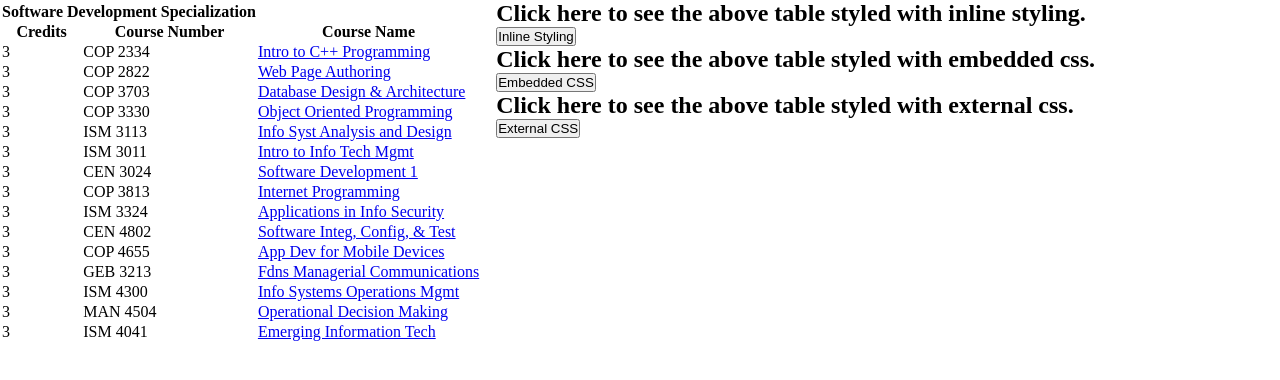
Repository: mlmEFSC21/P5-DegreeTableStyling
Page: index.html
An editor plug-in stored every save of this project. The page is shown before and after the next save, followed by the edit.
The browser window is 1280 px wide. The pictures show the whole page.

Above is the page before, as saved 2022-02-09 14:13:28.

### index.html
<!DOCTYPE html>
<html lang="en">
    <head>
        <meta charset="UTF-8" />
        <meta http-equiv="X-UA-Compatible" content="IE=edge" />
        <meta name="viewport" content="width=device-width, initial-scale=1.0" />
        <title>Degree Specialization Table</title>
        <link rel="stylesheet" href="Styles.css" />
    </head>
    <body>
        <section class="flexContainer">
            <table>
                <thead>
                    <tr>
                        <th colspan="2">Software Development Specialization</th>
                    </tr>
                    <tr>
                        <th>Credits</th>
                        <th>Course Number</th>
                        <th>Course Name</th>
                    </tr>
                </thead>
                <tbody>
                    <tr>
                        <td>3</td>
                        <td>COP 2334</td>
                        <td>
                            <a
                                href="https://bannerweb.easternflorida.edu/prod/bwckctlg.p_disp_course_detail?cat_term_in=202210&subj_code_in=COP&crse_numb_in=2334"
                                >Intro to C++ Programming</a
                            >
                        </td>
                    </tr>
                    <tr>
                        <td>3</td>
                        <td>COP 2822</td>
                        <td>
                            <a
                                href="https://bannerweb.easternflorida.edu/prod/bwckctlg.p_disp_course_detail?cat_term_in=202210&subj_code_in=COP&crse_numb_in=2822"
                                >Web Page Authoring</a
                            >
                        </td>
                    </tr>
                    <tr>
                        <td>3</td>
                        <td>COP 3703</td>
                        <td>
                            <a
                                href="https://bannerweb.easternflorida.edu/prod/bwckctlg.p_disp_course_detail?cat_term_in=202210&subj_code_in=COP&crse_numb_in=3703"
                                >Database Design & Architecture</a
                            >
                        </td>
                    </tr>
                    <tr>
                        <td>3</td>
                        <td>COP 3330</td>
                        <td>
                            <a
                                href="https://bannerweb.easternflorida.edu/prod/bwckctlg.p_disp_course_detail?cat_term_in=202210&subj_code_in=COP&crse_numb_in=3330"
                                >Object Oriented Programming</a
                            >
                        </td>
                    </tr>
                    <tr>
                        <td>3</td>
                        <td>ISM 3113</td>
                        <td>
                            <a
                                href="https://bannerweb.easternflorida.edu/prod/bwckctlg.p_disp_course_detail?cat_term_in=202210&subj_code_in=ISM&crse_numb_in=3113"
                                >Info Syst Analysis and Design</a
                            >
                        </td>
                    </tr>
                    <tr>
                        <td>3</td>
                        <td>ISM 3011</td>
                        <td>
                            <a
                                href="https://bannerweb.easternflorida.edu/prod/bwckctlg.p_disp_course_detail?cat_term_in=202210&subj_code_in=ISM&crse_numb_in=3011"
                                >Intro to Info Tech Mgmt</a
                            >
                        </td>
                    </tr>
                    <tr>
                        <td>3</td>
                        <td>CEN 3024</td>
                        <td>
                            <a
                                href="https://bannerweb.easternflorida.edu/prod/bwckctlg.p_disp_course_detail?cat_term_in=202210&subj_code_in=CEN&crse_numb_in=3024"
                                >Software Development 1</a
                            >
                        </td>
                    </tr>
                    <tr>
                        <td>3</td>
                        <td>COP 3813</td>
                        <td>
                            <a
                                href="https://bannerweb.easternflorida.edu/prod/bwckctlg.p_disp_course_detail?cat_term_in=202210&subj_code_in=COP&crse_numb_in=3813"
                                >Internet Programming</a
                            >
                        </td>
                    </tr>
                    <tr>
                        <td>3</td>
                        <td>ISM 3324</td>
                        <td>
                            <a
                                href="https://bannerweb.easternflorida.edu/prod/bwckctlg.p_disp_course_detail?cat_term_in=202210&subj_code_in=ISM&crse_numb_in=3324"
                                >Applications in Info Security</a
                            >
                        </td>
                    </tr>
                    <tr>
                        <td>3</td>
                        <td>CEN 4802</td>
                        <td>
                            <a
                                href="https://bannerweb.easternflorida.edu/prod/bwckctlg.p_disp_course_detail?cat_term_in=202210&subj_code_in=CEN&crse_numb_in=4802"
                                >Software Integ, Config, & Test</a
                            >
                        </td>
                    </tr>
                    <tr>
                        <td>3</td>
                        <td>COP 4655</td>
                        <td>
                            <a
                                href="https://bannerweb.easternflorida.edu/prod/bwckctlg.p_disp_course_detail?cat_term_in=202210&subj_code_in=COP&crse_numb_in=4655"
                                >App Dev for Mobile Devices</a
                            >
                        </td>
                    </tr>
                    <tr>
                        <td>3</td>
                        <td>GEB 3213</td>
                        <td>
                            <a
                                href="https://bannerweb.easternflorida.edu/prod/bwckctlg.p_disp_course_detail?cat_term_in=202210&subj_code_in=GEB&crse_numb_in=3213"
                                >Fdns Managerial Communications</a
                            >
                        </td>
                    </tr>
                    <tr>
                        <td>3</td>
                        <td>ISM 4300</td>
                        <td>
                            <a
                                href="https://bannerweb.easternflorida.edu/prod/bwckctlg.p_disp_course_detail?cat_term_in=202210&subj_code_in=ISM&crse_numb_in=4300"
                                >Info Systems Operations Mgmt</a
                            >
                        </td>
                    </tr>
                    <tr>
                        <td>3</td>
                        <td>MAN 4504</td>
                        <td>
                            <a
                                href="https://bannerweb.easternflorida.edu/prod/bwckctlg.p_disp_course_detail?cat_term_in=202210&subj_code_in=MAN&crse_numb_in=4504"
                                >Operational Decision Making</a
                            >
                        </td>
                    </tr>
                    <tr>
                        <td>3</td>
                        <td>ISM 4041</td>
                        <td>
                            <a
                                href="https://bannerweb.easternflorida.edu/prod/bwckctlg.p_disp_course_detail?cat_term_in=202210&subj_code_in=ISM&crse_numb_in=4041"
                                >Emerging Information Tech</a
                            >
                        </td>
                    </tr>
                </tbody>
            </table>
        <section>
            <h2>Click here to see the above table styled with inline styling.</h2>
            <button onclick="window.location.href='FormattedProgramSpecialization1.html'">
                Inline Styling
            </button>
            <h2>Click here to see the above table styled with embedded css.</h2>
            <button onclick="window.location.href='FormattedProgramSpecialization2.html'">
                Embedded CSS
            </button>
            <h2>Click here to see the above table styled with external css.</h2>
            <button onclick="window.location.href='FormattedProgramSpecialization3.html'">
                External CSS
            </button>
        </section>
    </body>
</html>

### Styles.css
*,
*::before,
*::after {
    margin: 0;
    padding: 0;
    box-sizing: border-box;
}
.tableContainer {
    align-content: center;
}
.flexContainer {
    display: flex;
    align-items: baseline;
    gap: 15px;
}

After the next save:
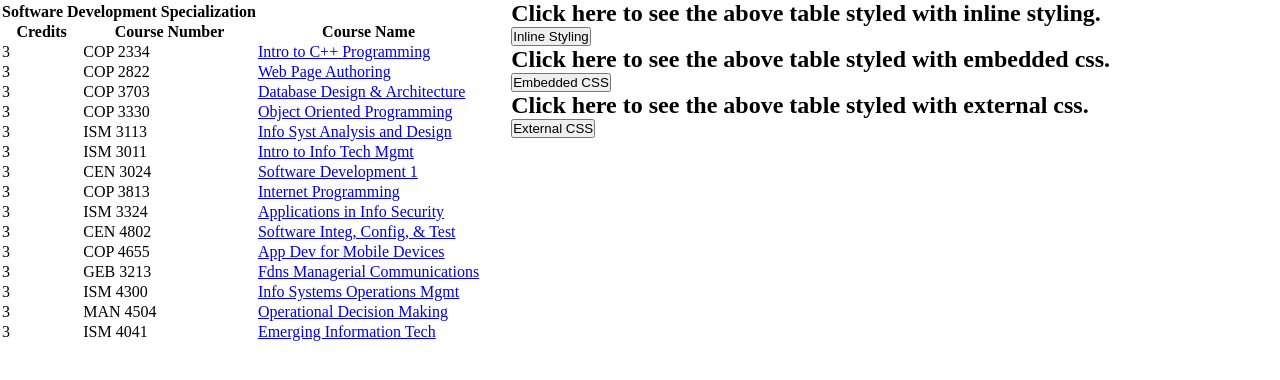
Saved 42 s later.
--- a/Styles.css
+++ b/Styles.css
@@ -11,5 +11,5 @@
 .flexContainer {
     display: flex;
     align-items: baseline;
-    gap: 15px;
+    gap: 15px 30px;
 }
